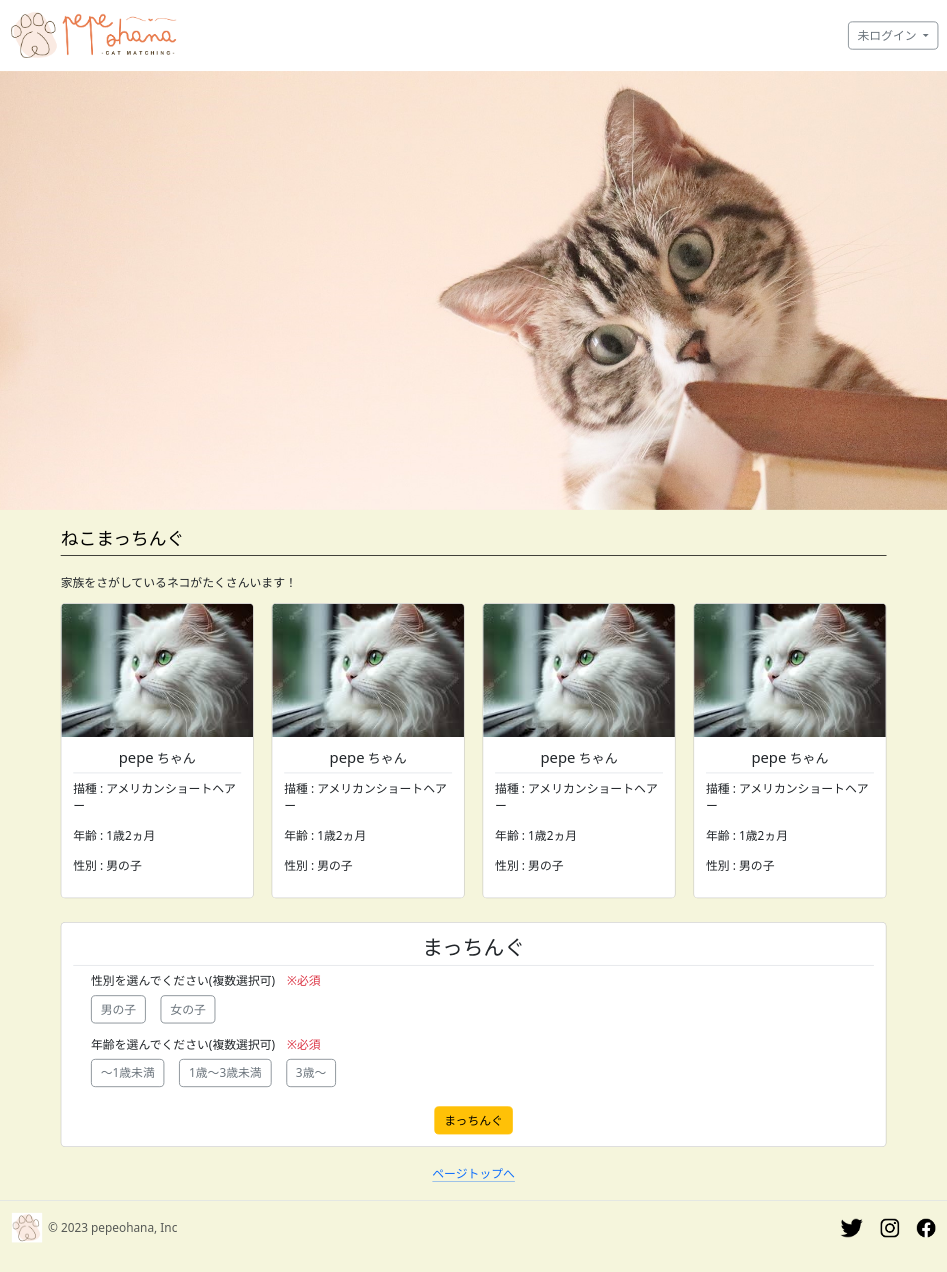
Repository: sakuwell/pepe
Page: http://localhost/PepeOhana/
These files come from the project's save history. The page is drawn as it stood at one moment and after the next save; the edit follows.
The browser window is 1280 px wide. The pictures show the whole page, at 74% of full size.
The page is served by Tomcat 9. Other server files are loaded and not shown.

Above is the page before, as saved 2023-09-06 06:39:07.

### ExWorkSpace/PepeOhana/src/main/webapp/index.jsp
<%@ page language="java" contentType="text/html; charset=UTF-8"
    pageEncoding="UTF-8"%>
<%@ page import="model.UsersInfoDto" %>

<!DOCTYPE html>
<html lang="ja">
<head>
    <meta charset="UTF-8">
    <meta name="viewport" content="width=device-width, initial-scale=1.0">
    <!-- Bootstrap CSS -->
    <link href="https://cdn.jsdelivr.net/npm/bootstrap@5.3.0/dist/css/bootstrap.min.css" rel="stylesheet" integrity="sha384-9ndCyUaIbzAi2FUVXJi0CjmCapSmO7SnpJef0486qhLnuZ2cdeRhO02iuK6FUUVM" crossorigin="anonymous">
    <script src="https://cdn.jsdelivr.net/npm/bootstrap@5.3.0/dist/js/bootstrap.bundle.min.js" integrity="sha384-geWF76RCwLtnZ8qwWowPQNguL3RmwHVBC9FhGdlKrxdiJJigb/j/68SIy3Te4Bkz" crossorigin="anonymous"></script>
    <title>Top | pepeohana</title>
</head>

<%
    // セッションを取得
	UsersInfoDto userInfoOnSession = (UsersInfoDto)session.getAttribute("LOGIN_INFO");
	boolean isLoggedIn = false;
	String userName = "";
	//HttpSession mysession = request.getSession(true);

    // セッションが存在し、username属性もセットされている場合はログイン済み
    if (userInfoOnSession != null) {
		userName = userInfoOnSession.getUserName();
        isLoggedIn = true;
    }
%>

<body  style="background-color:beige;">
	<% if (isLoggedIn) { %>
    <!-- ログイン済ヘッダー -->
    <nav class="navbar navbar-expand-lg navbar-light bg-white">
        <div class="container-fluid">
            <a class="navbar-brand" href="index.jsp">
                <img src="images/pepe_ohana_logo.png" alt="ページロゴ" width="auto" height="70">
            </a>
            <div class="btn-group">
                <button type="button" class="btn btn-secondary dropdown-toggle" data-bs-toggle="dropdown" aria-expanded="false">
                    userName
                </button>
                <ul class="dropdown-menu dropdown-menu-end">
                    <li><a class="dropdown-item" href="<%=request.getContextPath()%>/ExeMyPage">マイページ</a></li>
                    <li><a class="dropdown-item" href="<%=request.getContextPath()%>/ExeLogout">ログアウト</a></li>
                </ul>
            </div>
        </div>
    </nav>
    <!-- ログイン済ヘッダーここまで -->
    <% } else { %>
    <!-- 未ログインヘッダー -->
    <nav class="navbar navbar-expand-lg navbar-light bg-white">
    	<div class="container-fluid">
        	<a class="navbar-brand" href="index.jsp">
          		<img src="images/pepe_ohana_logo.png" alt="ページロゴ" width="auto" height="70">
          	</a>
         	<div class="btn-group">
            	<button type="button" class="btn btn-outline-secondary dropdown-toggle" data-bs-toggle="dropdown" aria-expanded="false">
             		 未ログイン
            	</button>
            	<ul class="dropdown-menu dropdown-menu-end">
              		<li><a class="dropdown-item" href="jsp/Login.jsp">ログイン</a></li>
              		<li><a class="dropdown-item" href="jsp/registUser.jsp">新規ユーザー登録</a></li>
            	</ul>
          	</div>
        </div>
    </nav>
    <!-- 未ログインヘッダーここまで -->
    <% } %>


    <!-- ヒーロー画像 -->
    <img class="img-fluid mb-4" src="images/hero_index.jpg"  alt="index画像" style="max-height:600px; width:100%; object-fit: cover;">

    <!-- ここから下　ページごとの内容 -->
    <div class="container">
        <div class="h4 pb-2 mb-4 text-black border-bottom border-black">
            ねこまっちんぐ
        </div>
            <p>家族をさがしているネコがたくさんいます！</p>
        <!-- 猫カードエリア -->
        <div class="row">
           <!-- カードのコンテンツ1 -->
           <div class="col-6 col-md-4 col-lg-3">
                <div class="card mb-3">
                	<img src="images/cat_2.jpg" style="height:180px; width: 100%; object-fit: cover;" class="card-img-top" alt="猫画像">
                    <div class="card-body">
                        <h5 class="card-title text-center border-bottom pb-2">pepe<small> ちゃん</small></h5>
                        <p class="card-text text-right">描種 : アメリカンショートヘアー</p>
                        <p class="card-text text-right">年齢 : 1歳2ヵ月</p>
                        <p class="card-text text-right">性別 : 男の子</p>
                        <div class="d-flex justify-content-center">
                            <a href="#" class="stretched-link"></a>
                        </div>
                    </div>
                </div>
            </div>
           <!-- カードのコンテンツ2 -->
           <div class="col-6 col-md-4 col-lg-3">
                <div class="card mb-3">
                	<img src="images/cat_2.jpg" style="height:180px; width: 100%; object-fit: cover;" class="card-img-top" alt="猫画像">
                    <div class="card-body">
                        <h5 class="card-title text-center border-bottom pb-2">pepe<small> ちゃん</small></h5>
                        <p class="card-text text-right">描種 : アメリカンショートヘアー</p>
                        <p class="card-text text-right">年齢 : 1歳2ヵ月</p>
                        <p class="card-text text-right">性別 : 男の子</p>
                        <div class="d-flex justify-content-center">
                            <a href="#" class="stretched-link"></a>
                        </div>
                    </div>
                </div>
            </div>
           <!-- カードのコンテンツ3 -->
           <div class="col-6 col-md-4 col-lg-3">
                <div class="card mb-3">
                	<img src="images/cat_2.jpg" style="height:180px; width: 100%; object-fit: cover;" class="card-img-top" alt="猫画像">
                    <div class="card-body">
                        <h5 class="card-title text-center border-bottom pb-2">pepe<small> ちゃん</small></h5>
                        <p class="card-text text-right">描種 : アメリカンショートヘアー</p>
                        <p class="card-text text-right">年齢 : 1歳2ヵ月</p>
                        <p class="card-text text-right">性別 : 男の子</p>
                        <div class="d-flex justify-content-center">
                            <a href="#" class="stretched-link"></a>
                        </div>
                    </div>
                </div>
            </div>
           <!-- カードのコンテンツ4 -->
           <div class="col-6 col-md-4 col-lg-3">
                <div class="card mb-3">
                	<img src="images/cat_2.jpg" style="height:180px; width: 100%; object-fit: cover;" class="card-img-top" alt="猫画像">
                     <div class="card-body">
                         <h5 class="card-title text-center border-bottom pb-2">pepe<small> ちゃん</small></h5>
                         <p class="card-text text-right">描種 : アメリカンショートヘアー</p>
                         <p class="card-text text-right">年齢 : 1歳2ヵ月</p>
                         <p class="card-text text-right">性別 : 男の子</p>
                         <div class="d-flex justify-content-center">
                             <a href="#" class="stretched-link"></a>
                         </div>
                     </div>
                 </div>
            </div>
		</div>

        <!-- 検索フォームエリア -->
        <div class="card mt-3 p-3">
         	<form action="SearchCat">
         		<h3 class="border-bottom pb-2" style="text-align:center;">まっちんぐ</h3>
         		<div class="form-check">
					<label for="" class="form-label">性別を選んでください(複数選択可)<span class="text-danger">　※必須</span></label><br>
	         		<input type="checkbox" class="btn-check" id="gender_1" autocomplete="off">
					<label class="btn btn-outline-secondary" for="gender_1">男の子</label>
	         		<input type="checkbox" class="btn-check" id="gender_2" autocomplete="off">
					<label class="btn btn-outline-secondary ms-3" for="gender_2">女の子</label>
				</div>
         		<div class="form-check mt-3">
					<label for="" class="form-label">年齢を選んでください(複数選択可)<span class="text-danger">　※必須</span></label><br>
	         		<input type="checkbox" class="btn-check" id="age_1" autocomplete="off">
					<label class="btn btn-outline-secondary" for="age_1">～1歳未満</label>
	         		<input type="checkbox" class="btn-check" id="age_2" autocomplete="off">
					<label class="btn btn-outline-secondary ms-3" for="age_2">1歳～3歳未満</label>
	         		<input type="checkbox" class="btn-check" id="age_3" autocomplete="off">
					<label class="btn btn-outline-secondary ms-3" for="age_3">3歳～</label>
				</div>
				<p style="text-align:center; margin-bottom:0;">
					<button type="submit" class="btn btn-warning mt-4">まっちんぐ</button>
				</p>
			</form>
		</div>

	</div>
    <!-- ここまで　ページごとの内容 -->

    <!-- フッター -->
    <div class="text-center mt-4">
        <a class="icon-link icon-link-hover" href="#">
            ページトップへ
        </a>
	</div>
	<footer class="d-flex flex-wrap justify-content-between align-items-center py-3 my-4 border-top">
    	<div class="col-md-4 d-flex align-items-center ms-3">
        	<a href="index.jsp" class="mb-3 me-2 mb-md-0"><img alt="ロゴ画像" src="images/nikukyu_logo.png" width="auto" height="40"></a>
          	<span class="mb-3 mb-md-0 text-body-secondary">© 2023 pepeohana, Inc</span>
        </div>
        <ul class="nav col-md-4 justify-content-end list-unstyled d-flex me-3">
            <li><a href="#"><img src=images/twitter_logo.png width="auto" height="25"></a></li>
            <li class="ms-4"><a href="#"><img src=images/insta_logo.png width="auto" height="25"></a></li>
            <li class="ms-4"><a href="#"><img src=images/facebook_logo.png width="auto" height="25"></a></li>
        </ul>
	</footer>
    <!-- フッター　ここまで -->

</body>
</html>

After the next save:
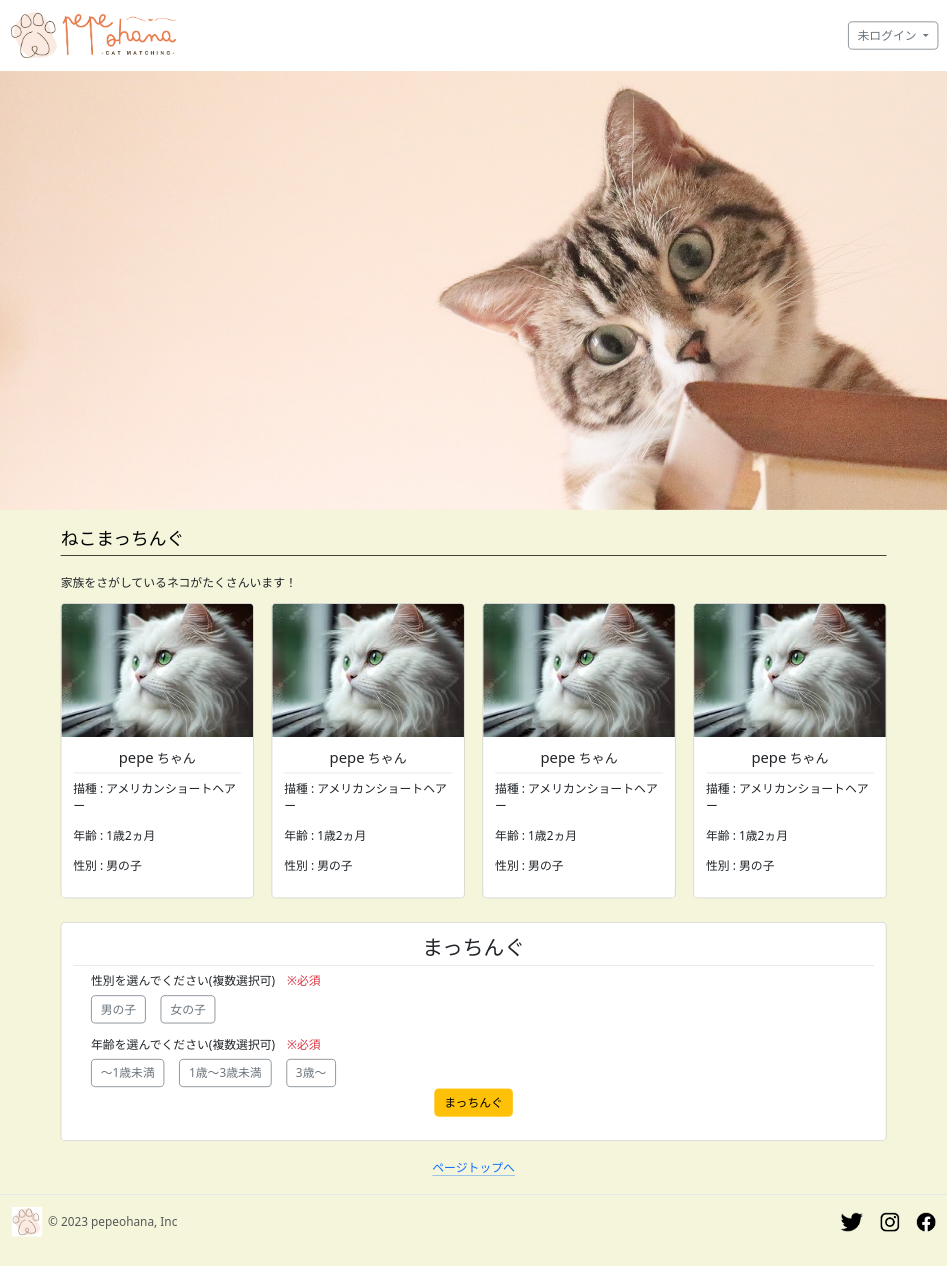
Saved 55 s later.
--- a/ExWorkSpace/PepeOhana/src/main/webapp/index.jsp
+++ b/ExWorkSpace/PepeOhana/src/main/webapp/index.jsp
@@ -162,8 +162,8 @@
 	         		<input type="checkbox" class="btn-check" id="age_3" autocomplete="off">
 					<label class="btn btn-outline-secondary ms-3" for="age_3">3歳～</label>
 				</div>
-				<p style="text-align:center; margin-bottom:0;">
-					<button type="submit" class="btn btn-warning mt-4">まっちんぐ</button>
+				<p style="text-align:center; margin:0,10px,0,0;">
+					<button type="submit" class="btn btn-warning">まっちんぐ</button>
 				</p>
 			</form>
 		</div>
